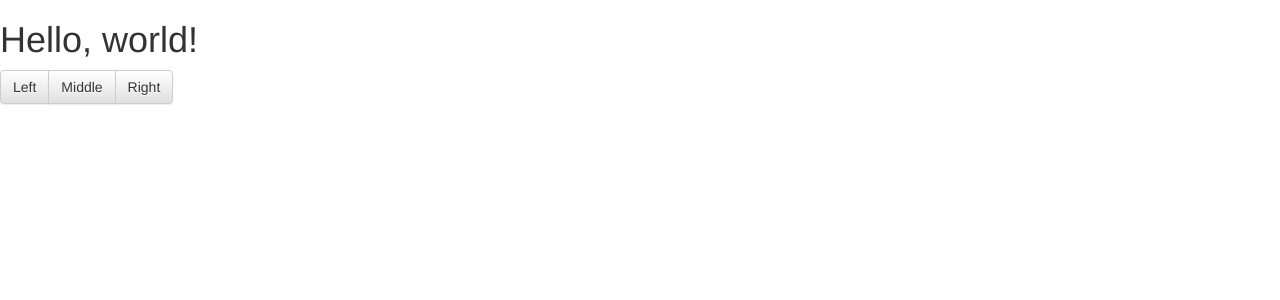
Repository: hoadonvnptninhbinh/hoadonvnptninhbinh
Page: index.html
An editor plug-in stored every save of this project. The page is shown before and after the next save, followed by the edit.
The browser window is 1280 px wide. The pictures show the whole page.

Above is the page before, as saved 2020-04-07 14:04:42.

### index.html
<!DOCTYPE html>
<html lang="en">
  <head>
    <meta charset="utf-8">
    <meta http-equiv="X-UA-Compatible" content="IE=edge">
    <meta name="viewport" content="width=device-width, initial-scale=1">
    <!-- The above 3 meta tags *must* come first in the head; any other head content must come *after* these tags -->
    <title>VNPT Ninh Bình - Mẫu Hóa Đơn HDĐT</title>

    <!-- Bootstrap -->
    <link href="plugin/bootstrap/css/bootstrap.min.css" rel="stylesheet">
    <link href="plugin/bootstrap/css/bootstrap-theme.min.css" rel="stylesheet">

  </head>
  <body>
    <h1>Hello, world!</h1>
    <div class="btn-group" role="group" aria-label="...">
        <button type="button" class="btn btn-default">Left</button>
        <button type="button" class="btn btn-default">Middle</button>
        <button type="button" class="btn btn-default">Right</button>
      </div>
    <!-- jQuery (necessary for Bootstrap's JavaScript plugins) -->
    <script src="js/jquery.min.js"></script>
    <!-- Include all compiled plugins (below), or include individual files as needed -->
    <script src="plugin/bootstrap/js/bootstrap.min.js"></script>
  </body>
</html>

Loaded but not shown: plugin/bootstrap/css/bootstrap.min.css (library); plugin/bootstrap/css/bootstrap-theme.min.css (library); js/jquery.min.js (library); plugin/bootstrap/js/bootstrap.min.js (library)

After the next save:
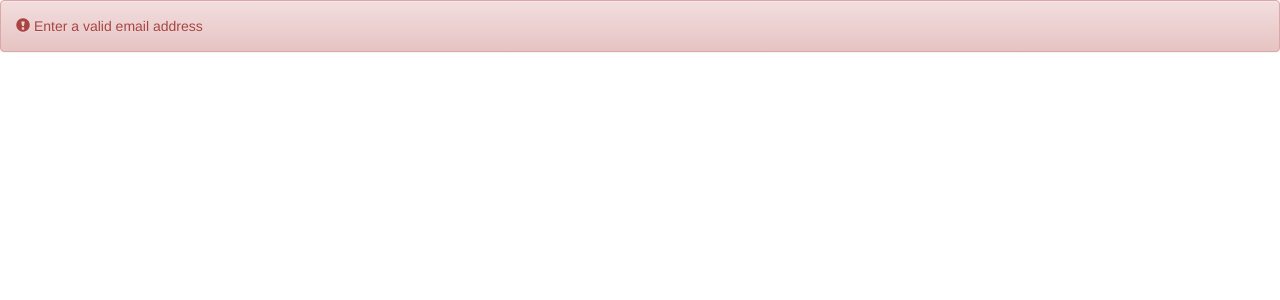
Saved 92 s later.
--- a/index.html
+++ b/index.html
@@ -13,11 +13,10 @@
 
   </head>
   <body>
-    <h1>Hello, world!</h1>
-    <div class="btn-group" role="group" aria-label="...">
-        <button type="button" class="btn btn-default">Left</button>
-        <button type="button" class="btn btn-default">Middle</button>
-        <button type="button" class="btn btn-default">Right</button>
+    <div class="alert alert-danger" role="alert">
+        <span class="glyphicon glyphicon-exclamation-sign" aria-hidden="true"></span>
+        <span class="sr-only">Error:</span>
+        Enter a valid email address
       </div>
     <!-- jQuery (necessary for Bootstrap's JavaScript plugins) -->
     <script src="js/jquery.min.js"></script>
